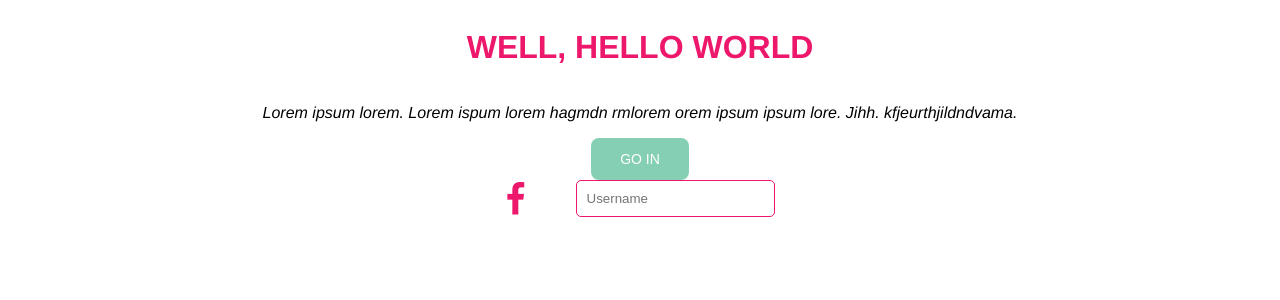
Repository: dianabit/react-app
Page: /, after clicking the first element matching `button.sc-bRKDuR`
These files come from the project's save history. The page is drawn as it stood at one moment and after the next save; the edit follows.
The browser window is 1280 px wide. The pictures show the whole page.
Some web libraries are served in a nearby version. The project was rebuilt for these pictures with package versions that can differ from the ones it lists, and the page was loaded fresh each time. Also part of the build but not shown: webpack.config.js.

Above is the page before, as saved 2018-12-01 14:08:58.

### src/index.html
<!DOCTYPE html>
<html>
    <head>
        <meta charset="UTF-8">
        <meta name="viewport" content="width=device-width, initial-scale=1.0">
        <meta http-equiv="X-UA-Compatible" content="ie=edge">
        <link href="https://maxcdn.bootstrapcdn.com/font-awesome/4.2.0/css/font-awesome.min.css" rel="stylesheet" media="screen" />
        <title>Have a Book!</title>
    </head>
    <body>
        <div id="app"></div>
        <script src="./bundle.js"></script>
    </body>
</html>

### src/index.js
import React from 'react';
import ReactDOM from "react-dom";

import App from './containers/App/index';

ReactDOM.hydrate(<App />, document.getElementById('app'));

### src/containers/App/index.js
import React from 'react';
import Site from '../Site/index';


class App extends React.Component {
  render() {
    return <Site />;
  }
}

export default App;

### src/containers/Site/index.js
import React from 'react';
import styled from 'styled-components';
import Auth from '../Auth/index';

const MainContainer = styled.div`
    font-family: Helvetica;
`;

export class Site extends React.PureComponent {
    constructor(props) {
        super(props);
    }

  render() {

    return (
        <MainContainer>
            <Auth />
        </MainContainer>
        )
    }
}

export default Site;

### src/containers/Auth/index.js
import React from 'react';
import styled from 'styled-components';
import Button from '../../components/Button';
import Heading from '../../components/Heading';
import Paragraph from '../../components/Paragraph';
import FormInput from '../../components/Form/FormInput';

const Container = styled.div`
    display: flex;
    flex-direction: column;
    align-items: center;
    justify-content: center;
`;

class Auth extends React.Component {
    constructor(props) {
        super(props);

        this.state={
            isFormOpen: false
        }

        this.enterApp = this.enterApp.bind(this);
    }

    enterApp() {
        this.setState({isFormOpen: true});
    }

    render() {
    const { isFormOpen } = this.state;
    return(
        <Container>
            <Heading
                text="WELL, HELLO WORLD"
                fontStyle="bold"
                isLarge
            />
            <Paragraph
                text="Lorem ipsum lorem. Lorem ispum lorem hagmdn rmlorem orem ipsum ipsum lore. Jihh. kfjeurthjildndvama."
                fontStyle="italic"
            />
            <Button
                type="submit"
                onClick={this.enterApp}
                text="GO IN"
                />
                {isFormOpen && (
                    <FormInput />
                )}
        </Container>
    )
}
}

export default Auth;

### src/components/Button/index.js
import React from 'react';
import styled from 'styled-components';

const Element = styled.button`
    background-color: ${props => props.bgColor || '#85CFB4'};
    width: 7em;
    height: 3em;
    border: none;
    border-radius: 8px;
    color: #fff;
    font-size: 14px;
    font-style: bold;

    :focus {
        outline: none;
    }

    :hover {
        background-color: #a3e6cd;
        cursor: pointer;
    }
`

function Button(props) {
    const { type, onClick, text, bgColor } = props;
    return (
        <Element
            type={type}
            onClick={onClick}
            bgColor={bgColor}
        >
            {text}
        </Element>
    )
}

export default Button;

### src/components/Heading/index.js
import React from 'react';
import styled from 'styled-components';

const LargeHeading = styled.h1`
    color: ${props => props.color || '#ED186B'};
    font-style: ${props => props.fontStyle || 'normal'};
`
const RegularHeading = styled.h3`
    color: ${props => props.color || '#ED186B'};
    font-style: ${props => props.fontStyle || 'normal'};
`
const SmallHeading = styled.h5`
    color: ${props => props.color || '#FFB312'};
    font-style: ${props => props.fontStyle || 'normal'};
`

function Heading(props) {
    const { text, isLarge, isRegular, isSmall, color, fontStyle } = props;
    return (
        <div>
            {isLarge && (
                <LargeHeading
                    color={color}
                    fontStyle={fontStyle}
                >
                    {text}
                </LargeHeading>
            )}
            {isRegular && (
                <RegularHeading
                    color={color}
                    fontStyle={fontStyle}
                >
                    {text}
                </RegularHeading>
            )}
            {isSmall && (
                <SmallHeading
                color={color}
                fontStyle={fontStyle}
                >
                    {text}
                </SmallHeading>
            )}
        </div>
    )
}

export default Heading;

### src/components/Paragraph/index.js
import React from 'react';
import styled from 'styled-components';

const Element = styled.p`
    color: ${props => props.color || '#000'};
    font-style: ${props => props.fontStyle || 'normal'};
    font-size: ${props => props.isSmall ? '12px' : '16px'};
`

function Paragraph(props) {
    const { fontStyle, color, isSmall, text } = props;
    return (
        <Element
            fontStyle={fontStyle}
            color={color}
            isSmall={isSmall}
        >
            {text}
        </Element>
    )
}

export default Paragraph;

### src/components/Form/FormInput.js
import React from 'react';
import styled from 'styled-components';
import Paragraph from '../Paragraph';

const FieldWrapper = styled.div`
  position: relative;
  display: flex;
  display: flex;
  align-items: flex-end;
  font-size: 35px;
  color: #ed186b;
`;

const Icon = styled.i`
  position: absolute;
  top: 4px;
  font-size: 30px;
  color: grey;
`;

const Field = styled.div`
  display: flex;
  flex-direction: column;
  margin-left: 50px;
`;

const Input = styled.input`
  border: 1px solid #ed186b;
  padding: 10px;
  border-radius: 5px;
`;

function FormInput(props) {
    const {onChange, onBlur} = props;
  return (
    <FieldWrapper>
      <i class="fa fa-facebook"/>
      <Field className="mb-4">
        <Input
          name="Username"
          onChange={onChange}
          onBlur={onBlur}
          placeholder="Username"
        />
      </Field>
    </FieldWrapper>
  );
}

export default FormInput;

After the next save:
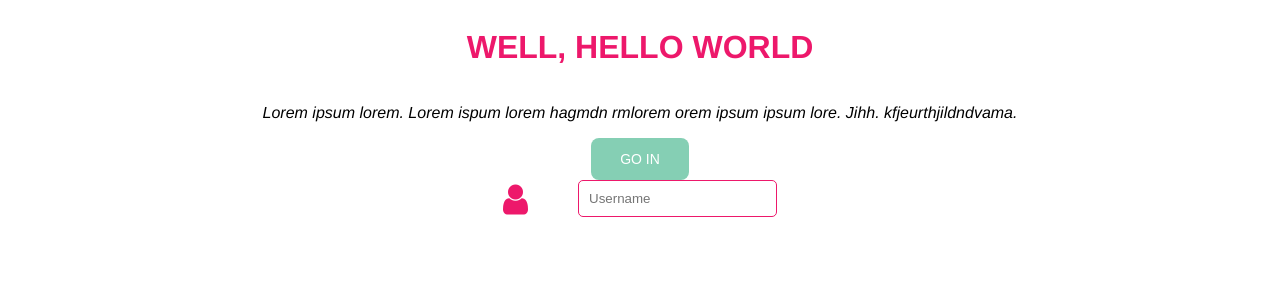
Saved 27 s later.
--- a/src/components/Form/FormInput.js
+++ b/src/components/Form/FormInput.js
@@ -34,7 +34,7 @@ function FormInput(props) {
     const {onChange, onBlur} = props;
   return (
     <FieldWrapper>
-      <i class="fa fa-facebook"/>
+      <i class="fa fa-user"/>
       <Field className="mb-4">
         <Input
           name="Username"
